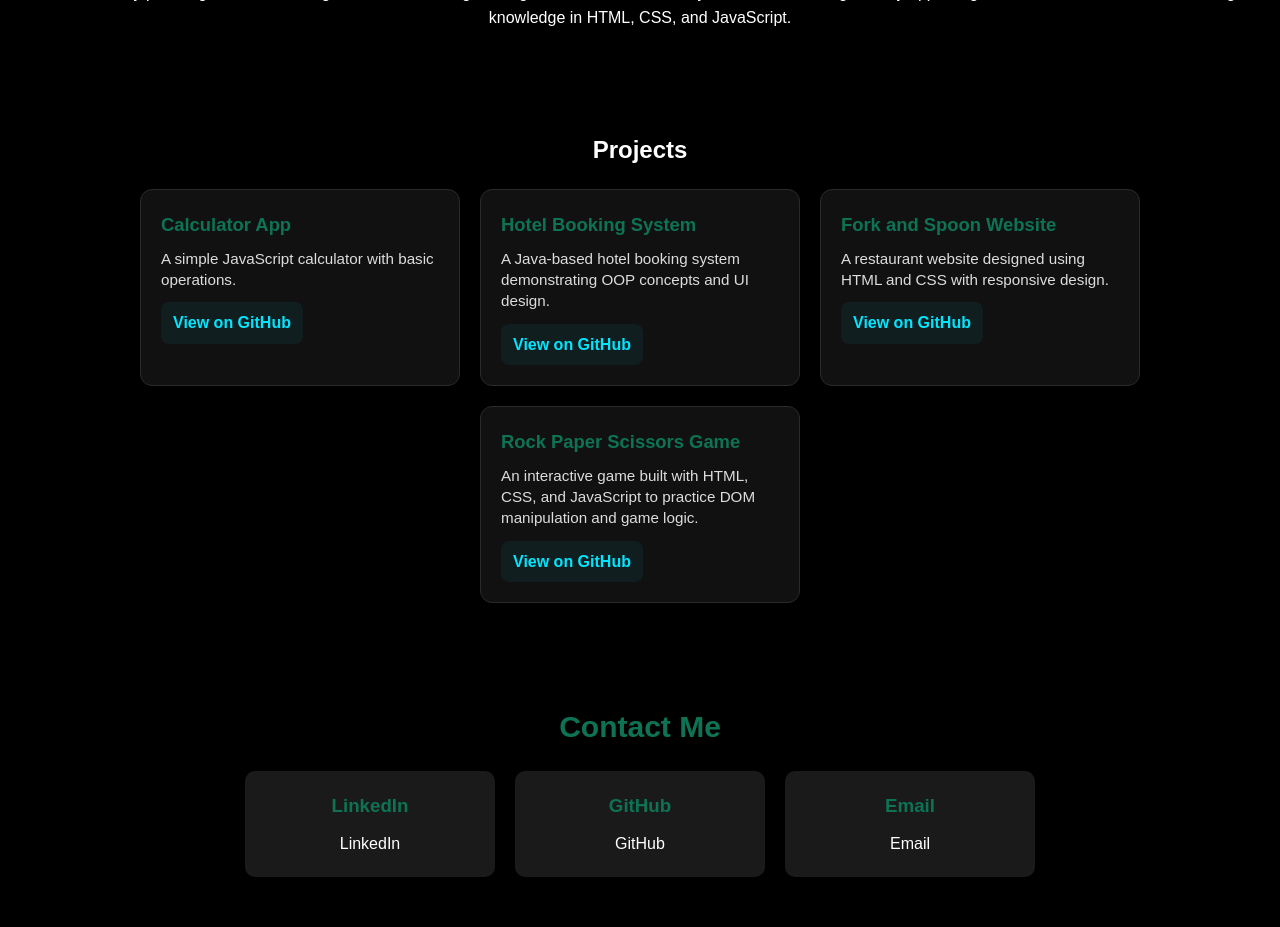
Repository: hawamubarakk/my-portfolio
Page: index.html
An editor plug-in stored every save of this project. The page is shown before and after the next save, followed by the edit.
The browser window is 1280 px wide. The pictures show the part of the page from y = 917 to 1869 px (the page is 1844 px tall before and 1869 px after).

Above is the page before, as saved 2025-08-12 17:56:35.

After the next save:
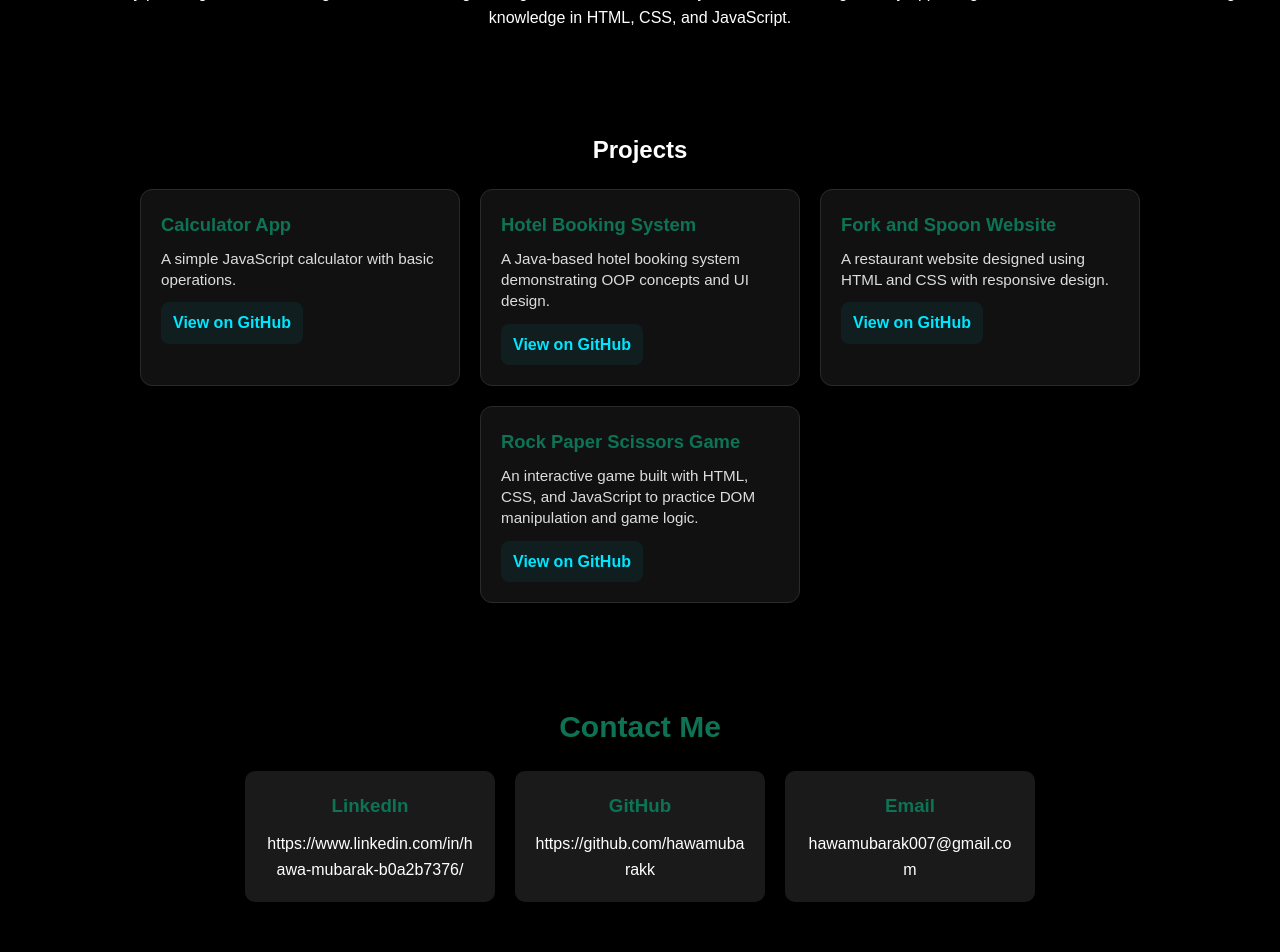
Saved 110 s later.
--- a/index.html
+++ b/index.html
@@ -70,15 +70,15 @@
         <div class="contact-boxes">
             <div class="contact-box">
                 <h3>LinkedIn</h3>
-                <a href="https://www.linkedin.com/in/hawa-mubarak-b0a2b7376/" target="_blank" rel="noopener">LinkedIn</a>
+                <a href="https://www.linkedin.com/in/hawa-mubarak-b0a2b7376/" target="_blank" rel="noopener">https://www.linkedin.com/in/hawa-mubarak-b0a2b7376/</a>
             </div>
             <div class="contact-box">
                 <h3>GitHub</h3>
-                <p><a href="https://github.com/hawamubarakk" target="_blank" rel="noopener">GitHub</a></p>
+                <p><a href="https://github.com/hawamubarakk" target="_blank" rel="noopener">https://github.com/hawamubarakk</a></p>
             </div>
             <div class="contact-box">
                 <h3>Email</h3>
-                <p><a href="mailto:hawa007@gmail.com">Email</a></p>
+                <p><a href="mailto:hawamubarak007@gmail.com">hawamubarak007@gmail.com</a></p>
             </div>
         </div>
     </section>
